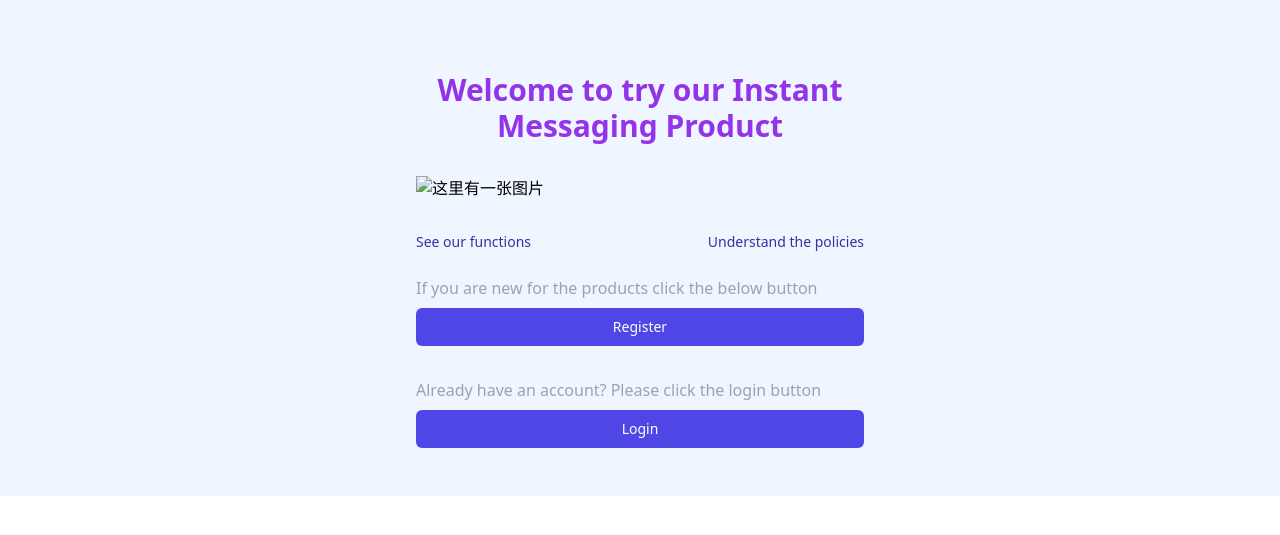
Repository: LiuRuohui/test_the_tailwindcss
Page: /
These files come from the project's save history. The page is drawn as it stood at one moment and after the next save; the edit follows.
The browser window is 1280 px wide. The pictures show the whole page.
The project was rebuilt for these pictures with package versions that can differ from the ones it lists, and the page was loaded fresh each time. Also part of the build but not shown: vite.config.js.

Above is the page before, as saved 2022-03-02 23:56:39.

After the next save:
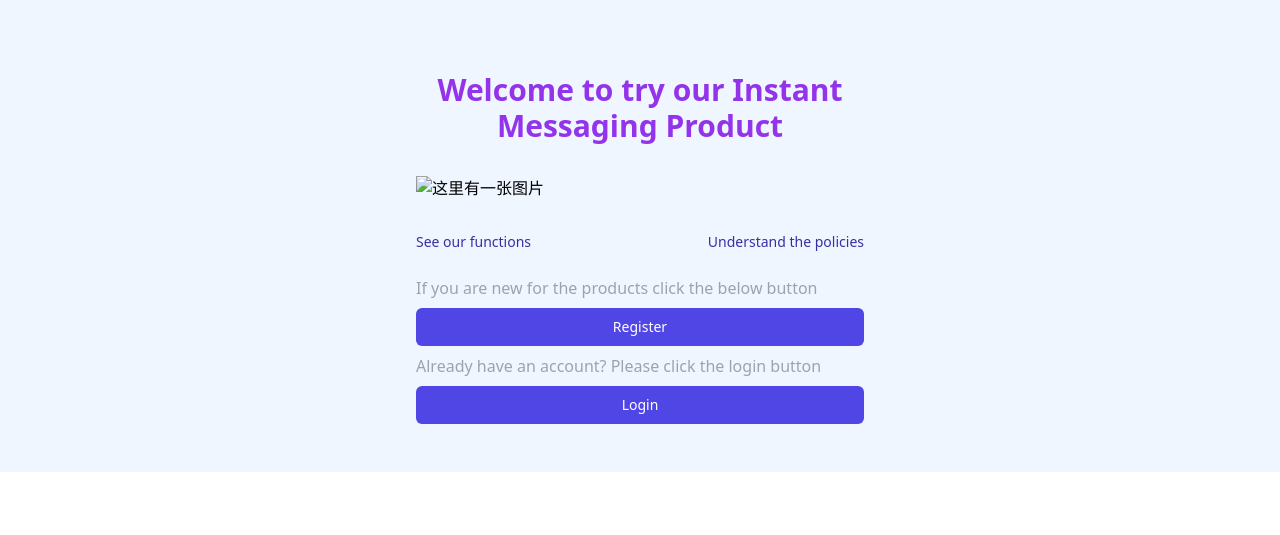
Saved 4 s later.
--- a/src/components/WelcomingPage.vue
+++ b/src/components/WelcomingPage.vue
@@ -21,7 +21,6 @@
         <button  class="group relative flex w-full justify-center py-2 border border-transparent text-sm font-medium rounded-md text-white bg-indigo-600 hover:bg-indigo-700 focus:outline-none focus:ring-2 focus:ring-offset-2 focus:ring-indigo-500">
           Register
         </button>
-        <br>
         <p class="my-2 text-gray-400">Already have an account? Please click the login button</p>
         <button  class="group relative flex w-full justify-center py-2 border border-transparent text-sm font-medium rounded-md text-white bg-indigo-600 hover:bg-indigo-700 focus:outline-none focus:ring-2 focus:ring-offset-2 focus:ring-indigo-500">
           Login
